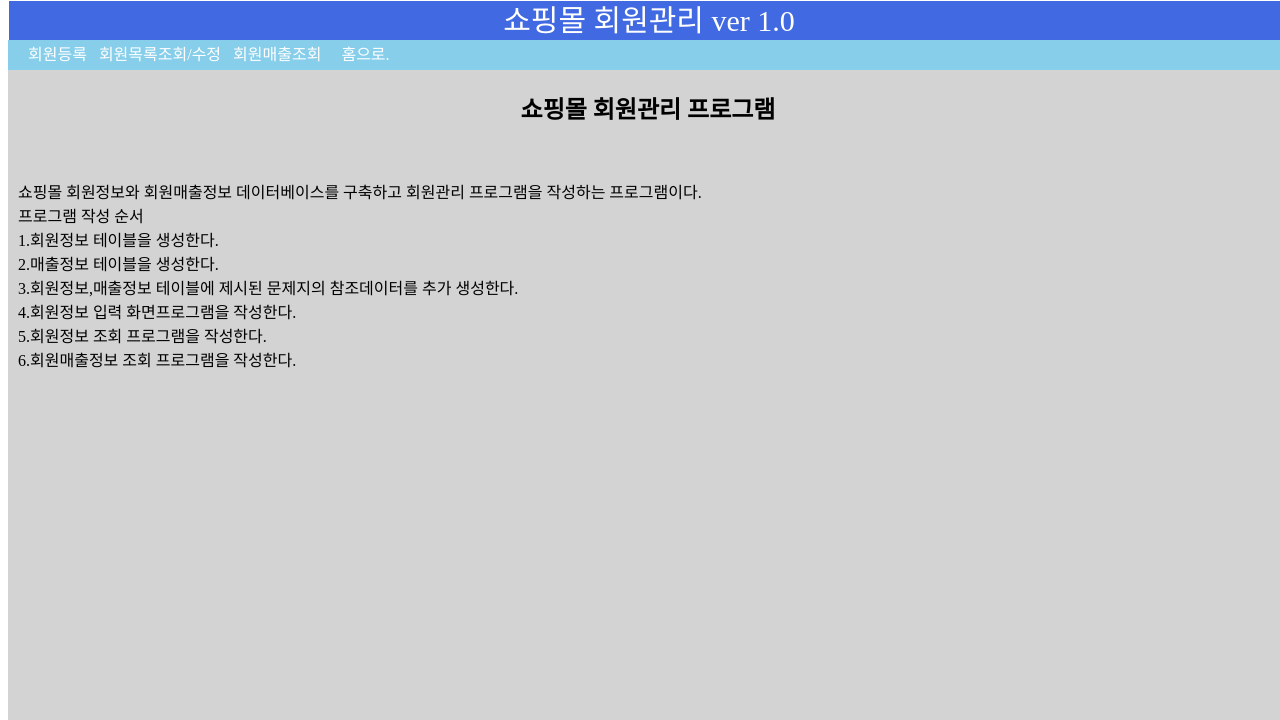
Repository: GotChun/license_practice
Page: http://localhost/HRD_8155/
The author's editor kept a copy of each file at every save. The page is drawn from the files as they stood at one save, then again after the next save.
The browser window is 1280 px wide. The pictures show the whole page.
The page is served by Tomcat 9. Other server files are loaded and not shown.

Above is the page before, as saved 2025-02-18 14:29:37.

### HRD_8155/src/main/webapp/index.jsp
<%@ page language="java" contentType="text/html; charset=UTF-8"
    pageEncoding="UTF-8"%>
<!DOCTYPE html>
<html>
<head>
<meta charset="UTF-8">
<title>index</title>
</head>
<body>
	<header style=" position: fixed; top:0px; width: 100%; height:40px;
	 border:1px solid; background-color:royalblue; text-align: center; line-height:40px; font-size:30px; color:white;">쇼핑몰 회원관리 ver 1.0	</header>

	 <nav style="position:fixed; top:40px; width:100%; height:30px; line-height:30px;
	 background-color:skyblue; color:white; padding-left:20px;">회원등록&nbsp;&nbsp;  회원목록조회/수정&nbsp;&nbsp;  회원매출조회&nbsp;&nbsp;&nbsp;&nbsp;  홈으로. </nav>

	 <section style="position:fixed; top:70px; width:100%; height:100%;
	 background-color:lightgray; ">
	 	<h2 style="text-align:center; font-weight:bolder;"> <strong>쇼핑몰 회원관리 프로그램</strong></h2><br>
	 	<p style="padding-left:10px;">
	 	쇼핑몰 회원정보와 회원매출정보 데이터베이스를 구축하고 회원관리 프로그램을 작성하는 프로그램이다.<br>
	 	프로그램 작성 순서<br>
	 	1.회원정보 테이블을 생성한다.<br>
	 	2.매출정보 테이블을 생성한다.<br>
	 	3.회원정보,매출정보 테이블에 제시된 문제지의 참조데이터를 추가 생성한다.<br>
	 	4.회원정보 입력 화면프로그램을 작성한다.<br>
	 	5.회원정보 조회 프로그램을 작성한다.<br>
	 	6.회원매출정보 조회 프로그램을 작성한다.<br>
	 	</p>
	 </section>

	 <footer style=" ">HRDKOREA Copyright ⓒ2016 All rights reserved. human Resources Development Service of Korea. </footer>

</body>
</html>

After the next save:
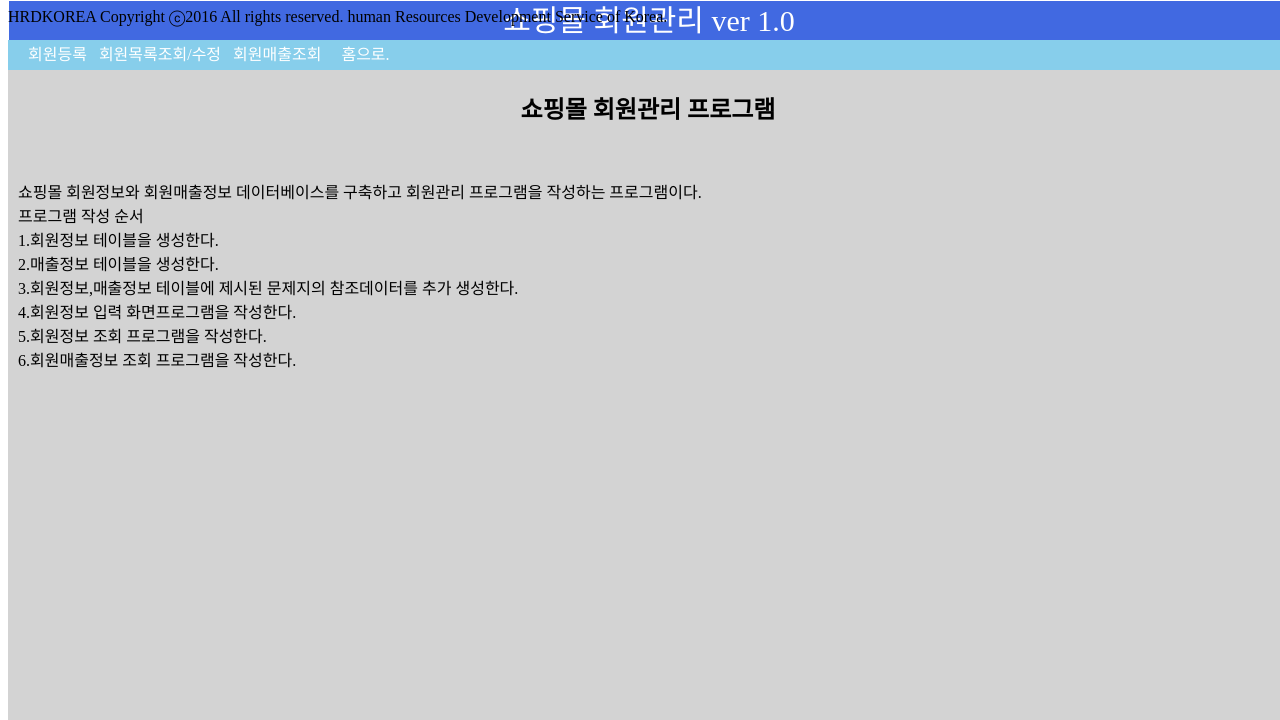
Saved 12 s later.
--- a/HRD_8155/src/main/webapp/index.jsp
+++ b/HRD_8155/src/main/webapp/index.jsp
@@ -28,7 +28,7 @@
 	 	</p>
 	 </section>
 
-	 <footer style=" ">HRDKOREA Copyright ⓒ2016 All rights reserved. human Resources Development Service of Korea. </footer>
+	 <footer style=" position:fixed;">HRDKOREA Copyright ⓒ2016 All rights reserved. human Resources Development Service of Korea. </footer>
 
 </body>
 </html>
